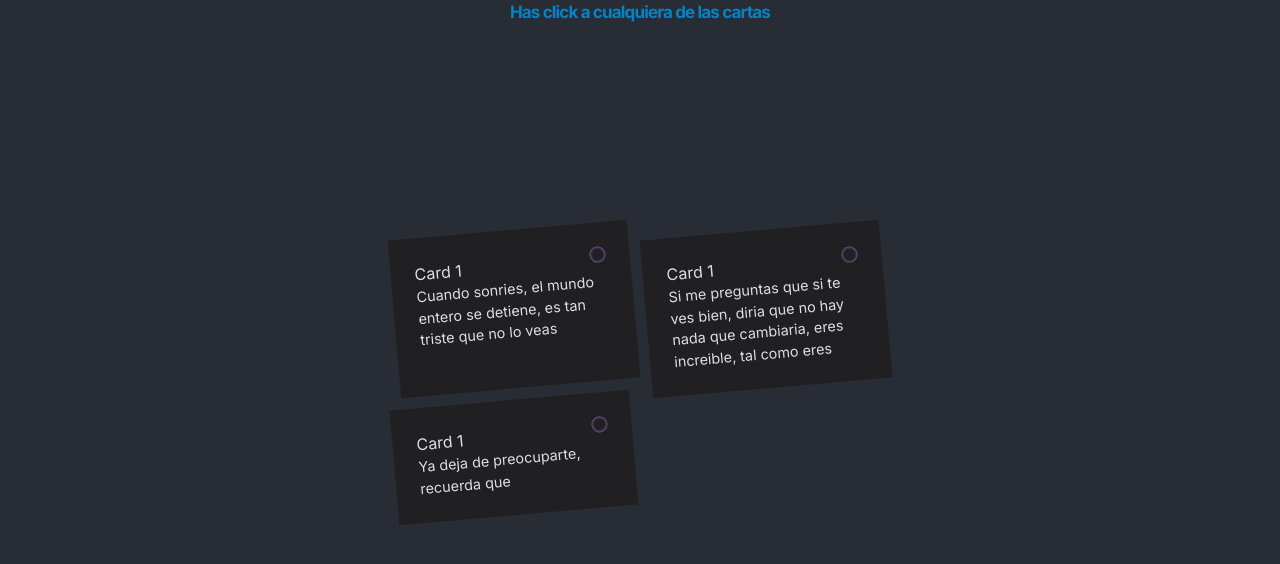
Repository: devsecops-node/simple-play
Page: /recomendations
The author's editor kept a copy of each file at every save. The page is drawn from the files as they stood at one save, then again after the next save.
The browser window is 1280 px wide. The pictures show the whole page.
The project was rebuilt for these pictures with package versions that can differ from the ones it lists, and the page was loaded fresh each time. The framework's server and built-in components were replaced by stand-ins that run in the browser. Also part of the build but not shown: next.config.mjs.

Above is the page before, as saved 2024-06-21 17:40:27.

After the next save:
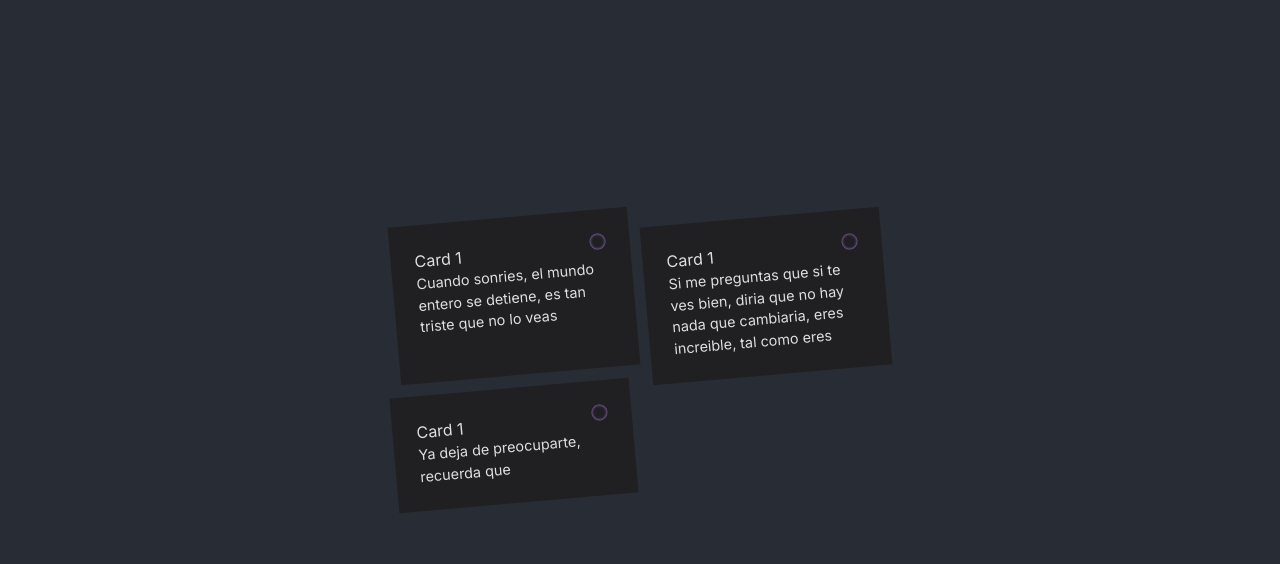
Saved 37 min 40 s later.
--- a/src/app/recomendations/page.tsx
+++ b/src/app/recomendations/page.tsx
@@ -16,7 +16,6 @@ const page = () => {
     { id: 1, recomenda: 'Ya deja de preocuparte, recuerda que' }]
   return (
     <Container>
-      <h1 className='tracking-tighter text-sky-600 font-bold text-[17px]'>Has click a cualquiera de las cartas</h1>
       <div className={styles.container}>
         <div className={styles.cards}>
           {recom.map((dat) => (
